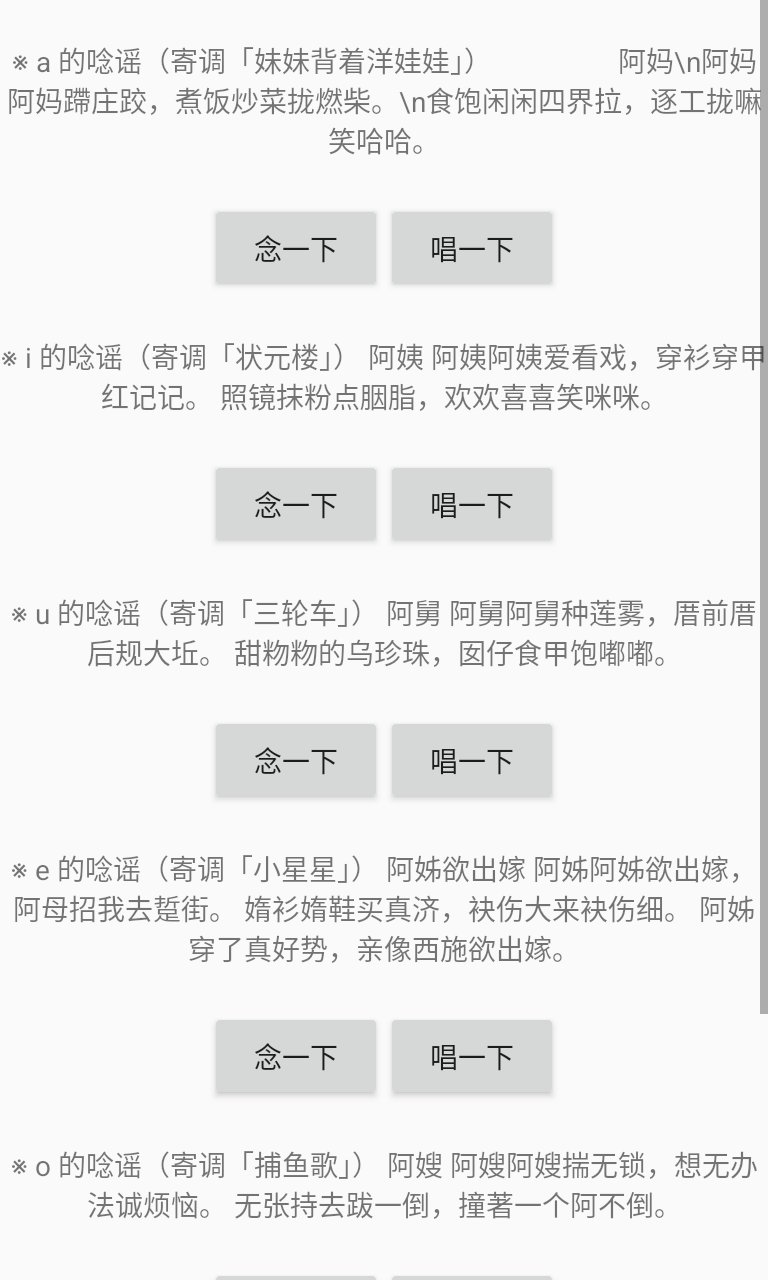
Repository: DIRONY/MinXue
Layout: MinXue/res/layout/fragment_nianyao.xml
The author's editor kept a copy of each file at every save. The layout is drawn from the files as they stood at one save, then again after the next save.
It is drawn on a 768 x 1280 px phone screen (xhdpi) without system bars, with theme AppTheme; the app's code is not run.

Above is the layout before, as saved 2014-12-03 06:43:51.

### MinXue/res/layout/fragment_nianyao.xml
<?xml version="1.0" encoding="utf-8"?>
<ScrollView xmlns:android="http://schemas.android.com/apk/res/android"
    android:layout_width="match_parent"
    android:layout_height="match_parent" >

    <LinearLayout
        android:layout_width="match_parent"
        android:layout_height="wrap_content"
        android:orientation="vertical" >

        <TextView
            android:layout_width="match_parent"
            android:layout_height="wrap_content"
            android:layout_gravity="fill_vertical"
            android:layout_marginTop="20dp"
            android:gravity="center"
            android:text="※ a 的唸谣（寄调「妹妹背着洋娃娃」）
                 阿妈\n阿妈阿妈蹛庄跤，煮饭炒菜拢燃柴。\n食饱闲闲四界拉，逐工拢嘛笑哈哈。"/>

        <LinearLayout
            android:layout_width="wrap_content"
            android:layout_height="wrap_content"
            android:layout_gravity="center"
            android:layout_marginTop="20dp"
            android:orientation="horizontal" >

            <Button
                android:id="@+id/a_read"
                android:layout_width="wrap_content"
                android:layout_height="wrap_content"
                style="?android:attr/button"
                android:text="念一下" />

            <Button
                android:id="@+id/a_sing"
                android:layout_width="wrap_content"
                android:layout_height="wrap_content"
                style="?android:attr/button"
                android:text="唱一下" />
        </LinearLayout>

        <TextView
            android:layout_width="match_parent"
            android:layout_height="wrap_content"
            android:layout_gravity="fill_vertical"
            android:layout_marginTop="20dp"
            android:gravity="center"
            android:text="※ i 的唸谣（寄调「状元楼」）
阿姨
阿姨阿姨爱看戏，穿衫穿甲红记记。
照镜抹粉点胭脂，欢欢喜喜笑咪咪。" />

        <LinearLayout
            android:layout_width="wrap_content"
            android:layout_height="wrap_content"
            android:layout_gravity="center"
            android:layout_marginTop="20dp"
            android:orientation="horizontal" >

            <Button
                android:id="@+id/i_read"
                style="?android:attr/button"
                android:layout_width="wrap_content"
                android:layout_height="wrap_content"
                android:text="念一下" />

            <Button
                android:id="@+id/i_sing"
                style="?android:attr/button"
                android:layout_width="wrap_content"
                android:layout_height="wrap_content"
                android:text="唱一下" />
        </LinearLayout>

        <TextView
            android:layout_width="match_parent"
            android:layout_height="wrap_content"
            android:layout_gravity="fill_vertical"
            android:layout_marginTop="20dp"
            android:gravity="center"
            android:text="※ u 的唸谣（寄调「三轮车」）
阿舅
阿舅阿舅种莲雾，厝前厝后规大坵。
甜粅粅的乌珍珠，囡仔食甲饱嘟嘟。" />
         <LinearLayout
            android:layout_width="wrap_content"
            android:layout_height="wrap_content"
            android:layout_gravity="center"
            android:layout_marginTop="20dp"
            android:orientation="horizontal" >

            <Button
                android:id="@+id/u_read"
                style="?android:attr/button"
                android:layout_width="wrap_content"
                android:layout_height="wrap_content"
                android:text="念一下" />

            <Button
                android:id="@+id/u_sing"
                style="?android:attr/button"
                android:layout_width="wrap_content"
                android:layout_height="wrap_content"
                android:text="唱一下" />
        </LinearLayout>
         <TextView
            android:layout_width="match_parent"
            android:layout_height="wrap_content"
            android:layout_gravity="fill_vertical"
            android:layout_marginTop="20dp"
            android:gravity="center"
            android:text="※ e 的唸谣（寄调「小星星」）
阿姊欲出嫁
阿姊阿姊欲出嫁，阿母招我去踅街。
媠衫媠鞋买真济，袂伤大来袂伤细。
阿姊穿了真好势，亲像西施欲出嫁。" />
          <LinearLayout
            android:layout_width="wrap_content"
            android:layout_height="wrap_content"
            android:layout_gravity="center"
            android:layout_marginTop="20dp"
            android:orientation="horizontal" >

            <Button
                android:id="@+id/e_read"
                style="?android:attr/button"
                android:layout_width="wrap_content"
                android:layout_height="wrap_content"
                android:text="念一下" />

            <Button
                android:id="@+id/e_sing"
                style="?android:attr/button"
                android:layout_width="wrap_content"
                android:layout_height="wrap_content"
                android:text="唱一下" />
        </LinearLayout>
         <TextView
            android:layout_width="match_parent"
            android:layout_height="wrap_content"
            android:layout_gravity="fill_vertical"
            android:layout_marginTop="20dp"
            android:gravity="center"
            android:text="※ o 的唸谣（寄调「捕鱼歌」）
阿嫂
阿嫂阿嫂揣无锁，想无办法诚烦恼。
无张持去跋一倒，撞著一个阿不倒。" />
           <LinearLayout
            android:layout_width="wrap_content"
            android:layout_height="wrap_content"
            android:layout_gravity="center"
            android:layout_marginTop="20dp"
            android:orientation="horizontal" >

            <Button
                android:id="@+id/o_read"
                style="?android:attr/button"
                android:layout_width="wrap_content"
                android:layout_height="wrap_content"
                android:text="念一下" />

            <Button
                android:id="@+id/o_sing"
                style="?android:attr/button"
                android:layout_width="wrap_content"
                android:layout_height="wrap_content"
                android:text="唱一下" />
        </LinearLayout>
          <TextView
            android:layout_width="match_parent"
            android:layout_height="wrap_content"
            android:layout_gravity="fill_vertical"
            android:layout_marginTop="20dp"
            android:gravity="center"
            android:text="※ oo 的唸谣（寄调「小甜甜」）
阿祖
阿祖阿祖起烘炉，鰇鱼烘甲酥稣稣。
芳味冲甲规条路，孙仔食甲揽腹肚。" />
            <LinearLayout
            android:layout_width="wrap_content"
            android:layout_height="wrap_content"
            android:layout_gravity="center"
            android:layout_marginTop="20dp"
            android:orientation="horizontal" >

            <Button
                android:id="@+id/oo_read"
                style="?android:attr/button"
                android:layout_width="wrap_content"
                android:layout_height="wrap_content"
                android:text="念一下" />

            <Button
                android:id="@+id/oo_sing"
                style="?android:attr/button"
                android:layout_width="wrap_content"
                android:layout_height="wrap_content"
                android:text="唱一下" />
        </LinearLayout>
    </LinearLayout>
</ScrollView>

### MinXue/res/drawable/actionbar_tab_indicator.xml
<?xml version="1.0" encoding="utf-8"?>
<selector xmlns:android="http://schemas.android.com/apk/res/android" >
    <!-- STATES WHEN BUTTON IS NOT PRESSED -->

    <!-- Non focused states -->
    <item android:state_focused="false" android:state_selected="false"
          android:state_pressed="false"
          android:drawable="@color/softyellow" />
    <item android:state_focused="false" android:state_selected="true"
          android:state_pressed="false"
          android:drawable="@color/softred" />

    <!-- Focused states (such as when focused with a d-pad or mouse hover) -->
    <item android:state_focused="true" android:state_selected="false"
          android:state_pressed="false"
          android:drawable="@color/softyellow" />
    <item android:state_focused="true" android:state_selected="true"
          android:state_pressed="false"
          android:drawable="@color/softred" />


<!-- STATES WHEN BUTTON IS PRESSED -->

    <!-- Non focused states -->
    <item android:state_focused="false" android:state_selected="false"
          android:state_pressed="true"
          android:drawable="@color/softyellow" />
    <item android:state_focused="false" android:state_selected="true"
        android:state_pressed="true"
        android:drawable="@color/softred" />

    <!-- Focused states (such as when focused with a d-pad or mouse hover) -->
    <item android:state_focused="true" android:state_selected="false"
          android:state_pressed="true"
          android:drawable="@color/softyellow" />
    <item android:state_focused="true" android:state_selected="true"
          android:state_pressed="true"
          android:drawable="@color/softred" />

</selector>

### MinXue/res/values/color.xml
<?xml version="1.0" encoding="utf-8"?>
<resources>
    <color name="deepblue">#0067a6</color>
    <color name="tab_background_color">#f2e7da</color>
    <color name="softgreen">#008972</color>
    <color name="softyellow">#efc028</color>
    <color name="softred">#f2572d</color>

</resources>

Loaded but not shown: MinXue/res/values/styles.xml (common file); MinXue/res/values-v11/styles.xml (common file); MinXue/res/values-v14/styles.xml (common file)

After the next save:
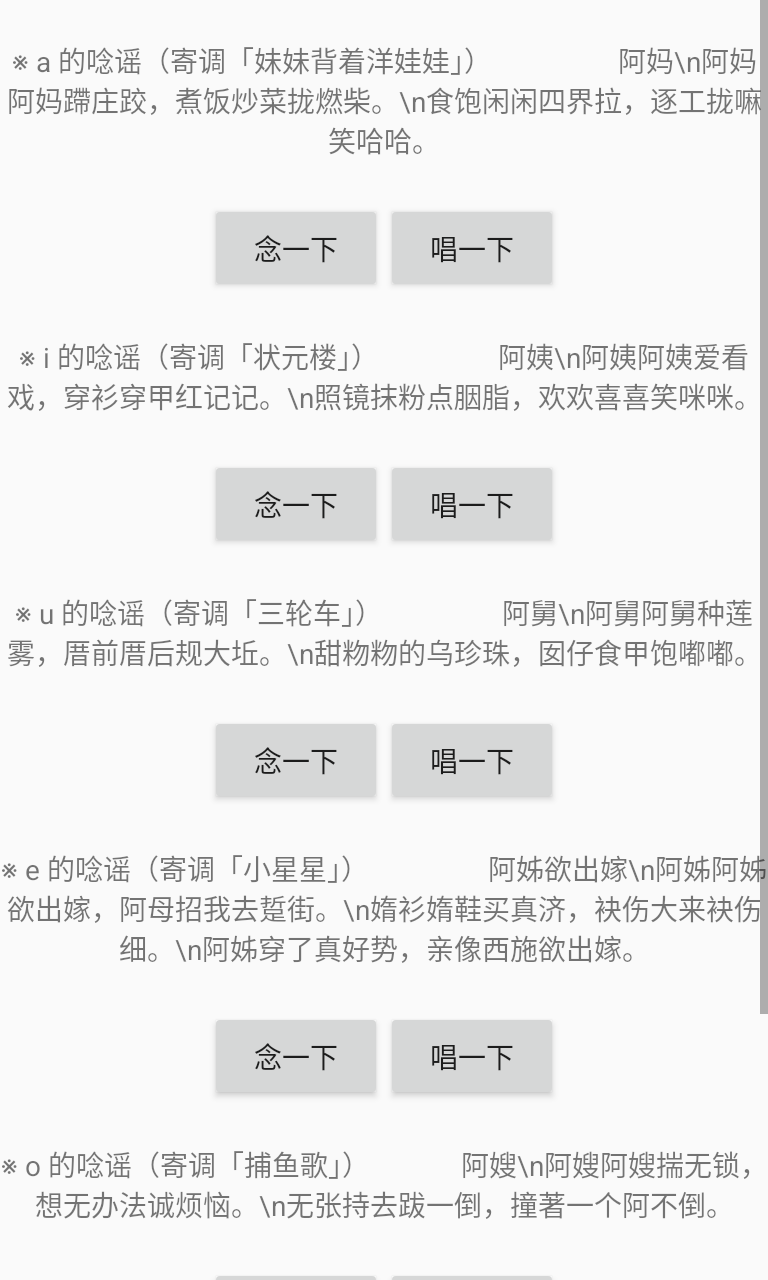
Saved 4 min 8 s later.
--- a/MinXue/res/layout/fragment_nianyao.xml
+++ b/MinXue/res/layout/fragment_nianyao.xml
@@ -46,9 +46,7 @@
             android:layout_marginTop="20dp"
             android:gravity="center"
             android:text="※ i 的唸谣（寄调「状元楼」）
-阿姨
-阿姨阿姨爱看戏，穿衫穿甲红记记。
-照镜抹粉点胭脂，欢欢喜喜笑咪咪。" />
+                阿姨\n阿姨阿姨爱看戏，穿衫穿甲红记记。\n照镜抹粉点胭脂，欢欢喜喜笑咪咪。" />
 
         <LinearLayout
             android:layout_width="wrap_content"
@@ -79,9 +77,7 @@
             android:layout_marginTop="20dp"
             android:gravity="center"
             android:text="※ u 的唸谣（寄调「三轮车」）
-阿舅
-阿舅阿舅种莲雾，厝前厝后规大坵。
-甜粅粅的乌珍珠，囡仔食甲饱嘟嘟。" />
+                阿舅\n阿舅阿舅种莲雾，厝前厝后规大坵。\n甜粅粅的乌珍珠，囡仔食甲饱嘟嘟。" />
          <LinearLayout
             android:layout_width="wrap_content"
             android:layout_height="wrap_content"
@@ -110,10 +106,7 @@
             android:layout_marginTop="20dp"
             android:gravity="center"
             android:text="※ e 的唸谣（寄调「小星星」）
-阿姊欲出嫁
-阿姊阿姊欲出嫁，阿母招我去踅街。
-媠衫媠鞋买真济，袂伤大来袂伤细。
-阿姊穿了真好势，亲像西施欲出嫁。" />
+                阿姊欲出嫁\n阿姊阿姊欲出嫁，阿母招我去踅街。\n媠衫媠鞋买真济，袂伤大来袂伤细。\n阿姊穿了真好势，亲像西施欲出嫁。" />
           <LinearLayout
             android:layout_width="wrap_content"
             android:layout_height="wrap_content"
@@ -142,9 +135,7 @@
             android:layout_marginTop="20dp"
             android:gravity="center"
             android:text="※ o 的唸谣（寄调「捕鱼歌」）
-阿嫂
-阿嫂阿嫂揣无锁，想无办法诚烦恼。
-无张持去跋一倒，撞著一个阿不倒。" />
+            阿嫂\n阿嫂阿嫂揣无锁，想无办法诚烦恼。\n无张持去跋一倒，撞著一个阿不倒。" />
            <LinearLayout
             android:layout_width="wrap_content"
             android:layout_height="wrap_content"
@@ -173,9 +164,7 @@
             android:layout_marginTop="20dp"
             android:gravity="center"
             android:text="※ oo 的唸谣（寄调「小甜甜」）
-阿祖
-阿祖阿祖起烘炉，鰇鱼烘甲酥稣稣。
-芳味冲甲规条路，孙仔食甲揽腹肚。" />
+            阿祖\n阿祖阿祖起烘炉，鰇鱼烘甲酥稣稣。\n芳味冲甲规条路，孙仔食甲揽腹肚。" />
             <LinearLayout
             android:layout_width="wrap_content"
             android:layout_height="wrap_content"
